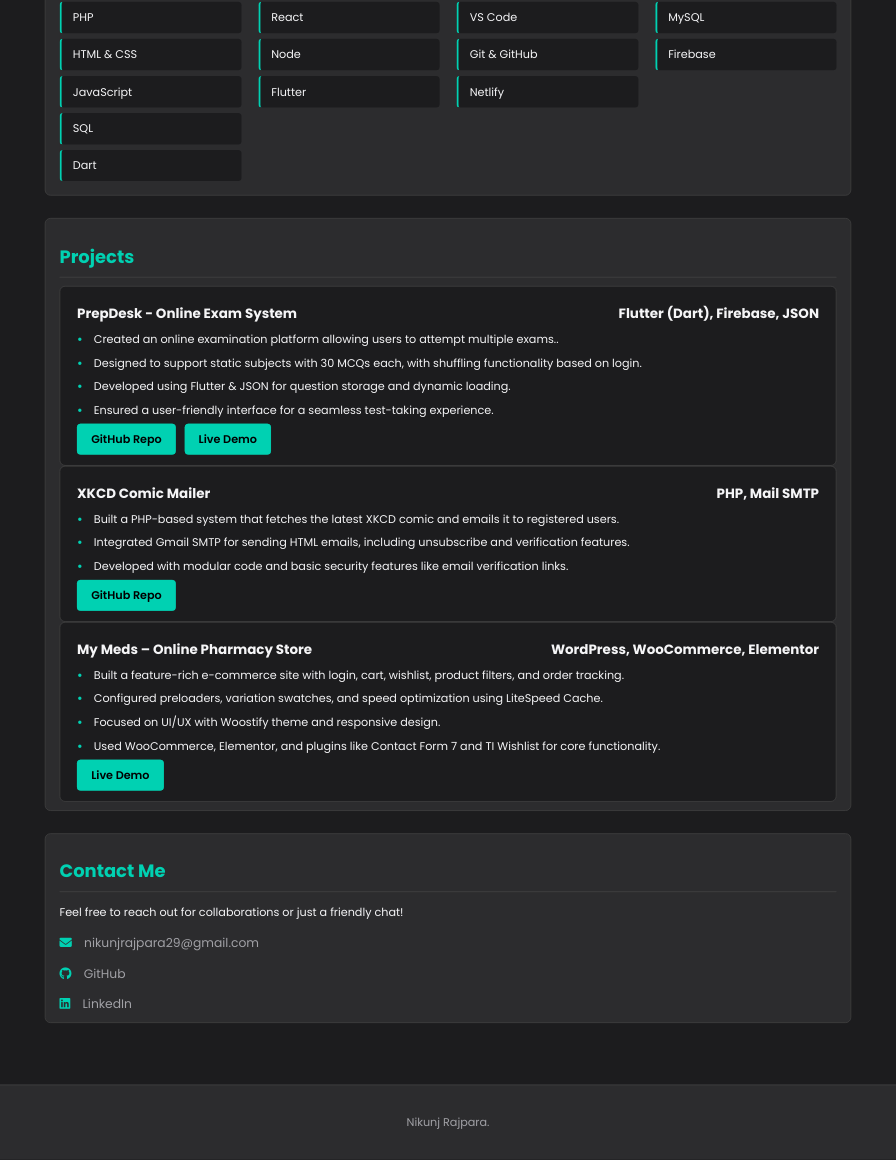
Repository: NikunjRajpara/portfolio
Page: index.html
An editor plug-in stored every save of this project. The page is shown before and after the next save, followed by the edit.
The browser window is 1280 px wide. The pictures show the part of the page from y = 1708 to 3628 px (the page is 3365 px tall before and 3628 px after), at 70% of full size.

Above is the page before, as saved 2025-07-23 11:05:36.

### index.html
<!DOCTYPE html>
<html lang="en">
<head>
    <meta charset="UTF-8">
    <meta name="viewport" content="width=device-width, initial-scale=1.0">
    <title>Nikunj Rajpara | Personal Portfolio</title>
    <link rel="stylesheet" href="style.css">
    <link rel="preconnect" href="https://fonts.googleapis.com">
    <link rel="preconnect" href="https://fonts.gstatic.com" crossorigin>
    <link href="https://fonts.googleapis.com/css2?family=Poppins:wght@300;400;600;700&display=swap" rel="stylesheet">
    <link rel="stylesheet" href="https://cdnjs.cloudflare.com/ajax/libs/font-awesome/6.5.1/css/all.min.css">
</head>
<body>

    <!-- Header Section -->
    <header>
        <nav>
            <div class="logo">Nikunj Rajpara</div>
            <ul class="nav-links">
  <li><a href="#about">About</a></li>
  <li><a href="#education">Education</a></li>
  <li><a href="#experience">Experience</a></li>
  <li><a href="#skills">Skills</a></li>
  <li><a href="#projects">Projects</a></li>
  <li><a href="#certifications">Certifications</a></li>
  <li><a href="#contact">Contact</a></li>
</ul>

        </nav>
    </header>

    <!-- Main Content -->
    <main>
        <!-- Hero Section -->
        <section id="hero">
            <div class="hero-content">
                <img src="https://github.com/user-attachments/assets/263757a8-381b-4890-8bf0-0c66ba8d1ebf" alt="Profile Picture of Nikunj Rajpara" class="profile-img">
                <div class="hero-text">
                    <h1>MERN Stack Developer</h1>
                    <p>A passionate developer focused on building secure, scalable, and modern web applications.</p>
                </div>
            </div>
        </section>

        <!-- About Section -->
        <section id="about">
            <h2>About Me</h2>
            <div class="About-item">
            <ul class="introduction">
                    <li>I'm a Computer Engineering student at Marwadi University, passionate about exploring how technology works and bringing ideas to life through hands-on experience. With a strong foundation, I am sharpening my skills as a Mern Stack Intern at BrainyBeam Technologies.</li>
                    <li> I thrive on turning ideas into functional, scalable solutions. With hands-on experience and a solid understanding, I am now expanding my horizons into open-source development. I’ve learned the importance of clean code, version control, and team collaboration — all principles I carry into every project.</li>
                    <li> I’m actively seeking internship opportunities in software development and tech-driven roles where I can grow, collaborate, and make an impact.</li>
                    <li>Let’s connect!</li>
                    </div>
        </section>

        <!-- Education Section -->
<section id="education">
  <h2>Education</h2>
  <div class="education-item">
    <h3>Marwadi University, Rajkot</h3>
    <p><strong>Computer Engineering - B. Tech</strong><br>Sept 2023 - May 2026</p>
  </div>
  <div class="education-item">
    <h3>Marwadi University, Rajkot</h3>
    <p><strong>Computer Engineering - Diploma</strong><br>Oct 2020 - May 2023 | CGPA: 8.13</p>
  </div>
</section>

        <!-- Experience Section -->
        <section id="experience">
            <h2>Experience</h2>
            <div class="experience-item">
                <div class="experience-header">
                    <h3>Brainy Beam Technologies | MERN Stack Intern</h3>
                    <span class="experience-location">Ahmedabad, Gujarat | May 2025 – June 2025</span>
                </div>
                <ul class="experience-details">
                    <li>Developed secure authentication and registration flows with real-time validation and structured error handling.</li>
                    <li>Built Core page layouts including routing, profile modules, and dashboard navigation with a clean, scalable architecture.</li>
                    <li>Followed modern web development standards and clean code practices, ensuring maintainability, performance, and security.</li>
                </ul>
            </div>
        </section>

        <!-- Skills Section -->
        <section id="skills">
            <h2>My Skills</h2>
            <div class="skills-container">
                <div class="skill-category">
                    <h3>Programming Languages</h3>
                    <ul>
                        <li>PHP</li>
                        <li>HTML & CSS</li>
                        <li>JavaScript</li>
                        <li>SQL</li>
                        <li>Dart</li>
                    </ul>
                </div>
                <div class="skill-category">
                    <h3>Libraries & Frameworks</h3>
                    <ul>
                        <li>React</li>
                        <li>Node</li>
                        <li>Flutter</li>
                    </ul>
                </div>
                <div class="skill-category">
                    <h3>Tools & Platforms</h3>
                    <ul>
                        <li>VS Code</li>
                        <li>Git & GitHub</li>
                        <li>Netlify</li>
                    </ul>
                </div>
                <div class="skill-category">
                    <h3>Databases</h3>
                    <ul>
                        <li>MySQL</li>
                        <li>Firebase</li>
                    </ul>
                </div>
            </div>
        </section>

        <!-- Projects Section -->
        <section id="projects">
            <h2>Projects</h2>
            <div class="project-card">
                <div class="project-header">
                    <h3>PrepDesk - Online Exam System</h3>
                    <span class="project-tech">Flutter (Dart), Firebase, JSON</span>
                </div>
                <ul class="project-details">
                    <li>Created an online examination platform allowing users to attempt multiple exams..</li>
                    <li>Designed to support static subjects with 30 MCQs each, with shuffling functionality based on login.</li>
                    <li>Developed using Flutter & JSON for question storage and dynamic loading.</li>
                    <li>Ensured a user-friendly interface for a seamless test-taking experience.</li>
                <div class="project-links">
                    <a href="https://github.com/NikunjRajpara/prepdesk" class="btn-link">GitHub Repo</a>
                    <a href="https://prepdeskexam.netlify.app/" class="btn-link">Live Demo</a>
                </div>
            </div>

            <div class="project-card">
  <div class="project-header">
    <h3>XKCD Comic Mailer</h3>
    <span class="project-tech">PHP, Mail SMTP</span>
  </div>
  <ul class="project-details">
    <li>Built a PHP-based system that fetches the latest XKCD comic and emails it to registered users.</li>
    <li>Integrated Gmail SMTP for sending HTML emails, including unsubscribe and verification features.</li>
    <li>Developed with modular code and basic security features like email verification links.</li>
  </ul>
  <div class="project-links">
    <a href="https://github.com/NikunjRajpara/XKCD-Comic" class="btn-link">GitHub Repo</a>
  </div>
</div>

<div class="project-card">
  <div class="project-header">
    <h3>My Meds – Online Pharmacy Store</h3>
    <span class="project-tech">WordPress, WooCommerce, Elementor</span>
  </div>
  <ul class="project-details">
    <li>Built a feature-rich e-commerce site with login, cart, wishlist, product filters, and order tracking.</li>
    <li>Configured preloaders, variation swatches, and speed optimization using LiteSpeed Cache.</li>
    <li>Focused on UI/UX with Woostify theme and responsive design.</li>
    <li>Used WooCommerce, Elementor, and plugins like Contact Form 7 and TI Wishlist for core functionality.</li>
  </ul>
  <div class="project-links">
    <a href="https://mymeds.42web.io/" class="btn-link">Live Demo</a>
  </div>
</div>

        </section>

        <!-- Contact Section -->
        <aside id="contact">
            <h2>Contact Me</h2>
            <p>Feel free to reach out for collaborations or just a friendly chat!</p>
            <div class="contact-links">
                <a href="mailto:nikunjrajpara29@gmail.com"><i class="fas fa-envelope"></i> nikunjrajpara29@gmail.com</a>
                <a href="https://github.com/NikunjRajpara"><i class="fab fa-github"></i> GitHub</a>
                <a href="https://www.linkedin.com/in/nikunj-rajpara-4628a0247/"><i class="fab fa-linkedin"></i> LinkedIn</a>
            </div>
        </aside>
    </main>

    <!-- Footer -->
    <footer>
        <p>Nikunj Rajpara.</p>
    </footer>

</body>
</html>

### style.css
/* CSS Variables for easy color changes */
:root {
    --primary-neon: #00d1b2; /* A vibrant, modern teal/neon color */
    --background-dark: #1c1c1e;
    --content-dark: #2c2c2e;
    --text-light: #f5f5f7;
    --text-muted: #a1a1a6;
    --border-color: #444;
}

/* FIX: This tells the browser to leave 80px of space at the top when scrolling to an element */
html {
    scroll-behavior: smooth;
    scroll-padding-top: 80px;
}

/* General Body Styles */
body {
    font-family: 'Poppins', sans-serif;
    margin: 0;
    padding: 0;
    background-color: var(--background-dark);
    color: var(--text-light);
    line-height: 1.6;
}

/* Header and Navigation */
header {
    background-color: var(--content-dark);
    box-shadow: 0 2px 4px rgba(0,0,0,0.3);
    padding: 1rem 5%;
    position: sticky;
    top: 0;
    z-index: 1000;
}

nav {
    display: flex;
    justify-content: space-between;
    align-items: center;
}

.logo {
    font-size: 1.5rem;
    font-weight: 700;
    color: var(--primary-neon);
    text-shadow: 0 0 5px rgba(0, 209, 178, 0.7);
}

.nav-links {
    list-style: none;
    display: flex;
    gap: 1.5rem;
    margin: 0;
    padding: 0;
}

.nav-links a {
    text-decoration: none;
    color: var(--text-muted);
    font-weight: 600;
    transition: color 0.3s ease, text-shadow 0.3s ease;
}

.nav-links a:hover {
    color: var(--primary-neon);
    text-shadow: 0 0 3px rgba(0, 209, 178, 0.5);
}

/* Main Content and Sections */
main {
    padding: 1.5rem 5%;
}

section, aside {
    margin-bottom: 2rem;
    padding: 0.75rem 1.25rem; /* Reduced top and bottom padding */
    background-color: var(--content-dark);
    border-radius: 8px;
    border: 1px solid var(--border-color);
}

h1, h2, h3 {
    color: var(--text-light);
}

h1 {
    font-size: 2.5rem;
    margin-bottom: 0.5rem;
}

h2 {
    font-size: 1.6rem;
    color: var(--primary-neon);
    margin-bottom: 0.8rem;
    border-bottom: 1px solid var(--border-color);
    padding-bottom: 0.5rem;
}

/* Hero Section */
#hero {
    background: none;
    border: none;
    text-align: center;
    padding-top: 1rem;
}

.hero-content {
    display: flex;
    flex-direction: column;
    align-items: center;
    gap: 0.5rem; /* Reduced gap */
}

.profile-img {
    width: 150px;
    height: 150px;
    border-radius: 50%;
    border: 4px solid var(--primary-neon);
    box-shadow: 0 0 25px rgba(0, 209, 178, 0.5);
}

.hero-text h1 {
    color: var(--text-light);
    font-weight: 700;
    margin: 0; /* Removed all margins */
    line-height: 1.2; /* Tightened line height */
}

.hero-text p {
    font-size: 1.1rem;
    color: var(--text-muted);
    font-weight: 300;
    margin: 0; /* Removed all margins */
}

.introduction {
    list-style: none;
    padding-left: 0;
    margin: 0;
}
.About-item {
    background: var(--background-dark);
    padding: 1.5rem;
    border-radius: 8px;
    border: 1px solid var(--border-color);
}
.introduction{
    padding-left: 1.5rem;
    position: relative;
    margin-bottom: 0.5rem;
}

.introduction li::before {
    content: '•';
    color: var(--primary-neon);
    font-weight: bold;
    display: inline-block;
    position: absolute;
    left: 0;
}

/* Experience Section */
.experience-item {
    background: var(--background-dark);
    padding: 1.5rem;
    border-radius: 8px;
    border: 1px solid var(--border-color);
}

.experience-header {
    display: flex;
    justify-content: space-between;
    align-items: baseline;
    margin-bottom: 1rem;
}

.experience-header h3 {
    margin: 0;
    font-size: 1.2rem;
    font-weight: 700;
    color: var(--text-light);
}

.experience-location {
    font-size: 1.2rem;
    color: var(--text-light);
    font-style: normal;
    font-weight: 700;
    white-space: nowrap;
    padding-left: 1rem;
}

.experience-details {
    list-style: none;
    padding-left: 0;
    margin: 0;
}

.experience-details li {
    padding-left: 1.5rem;
    position: relative;
    margin-bottom: 0.5rem;
}

.experience-details li::before {
    content: '•';
    color: var(--primary-neon);
    font-weight: bold;
    display: inline-block;
    position: absolute;
    left: 0;
}

/* Skills Section */
.skills-container {
    display: grid;
    grid-template-columns: repeat(auto-fit, minmax(220px, 1fr));
    gap: 1.5rem;
}

.skill-category h3 {
    color: var(--primary-neon);
    font-size: 1.2rem;
    margin-bottom: 1rem;
}

.skill-category ul {
    list-style: none;
    padding: 0;
    margin: 0;
}

.skill-category li {
    background-color: var(--background-dark);
    padding: 0.6rem 1rem;
    margin-bottom: 0.5rem;
    border-radius: 5px;
    border-left: 3px solid var(--primary-neon);
    transition: transform 0.2s ease, box-shadow 0.2s ease;
}

.skill-category li:hover {
    transform: translateX(5px);
    box-shadow: 0 0 10px rgba(0, 209, 178, 0.3);
}


/* Projects Section */
.project-card {
    background: var(--background-dark);
    padding: 1.5rem;
    border-radius: 8px;
    border: 1px solid var(--border-color);
}

.project-header {
    display: flex;
    justify-content: space-between;
    align-items: baseline;
    margin-bottom: 0.5rem;
}

.project-header h3 {
    margin: 0;
    font-size: 1.2rem;
    font-weight: 700;
}

.project-tech {
    font-size: 1.2rem;
    color: var(--text-light);
    font-style: normal;
    font-weight: 700;
    white-space: nowrap;
    padding-left: 1rem;
}

.project-details {
    list-style: none;
    padding-left: 0;
    margin: 0;
}

.project-details li {
    padding-left: 1.5rem;
    position: relative;
    margin-bottom: 0.5rem;
}

.project-details li::before {
    content: '•';
    color: var(--primary-neon);
    font-weight: bold;
    display: inline-block;
    position: absolute;
    left: 0;
}

.project-links {
    margin-top: 1rem;
}

.btn-link {
    text-decoration: none;
    background-color: var(--primary-neon);
    color: #000;
    padding: 0.6rem 1.2rem;
    border-radius: 5px;
    font-weight: 600;
    transition: background-color 0.3s ease, box-shadow 0.3s ease;
    margin-right: 0.5rem;
    border: 1px solid var(--primary-neon);
}

.btn-link:hover {
    background-color: transparent;
    color: var(--primary-neon);
    box-shadow: 0 0 15px rgba(0, 209, 178, 0.6);
}

/* Contact Section */
#contact .contact-links {
    display: flex;
    flex-direction: column;
    gap: 1rem;
}

#contact .contact-links a {
    text-decoration: none;
    color: var(--text-muted);
    font-size: 1.1rem;
    transition: color 0.3s ease;
}

#contact .contact-links a:hover {
    color: var(--primary-neon);
}

#contact .contact-links i {
    margin-right: 0.8rem;
    color: var(--primary-neon);
}

/* Footer */
footer {
    text-align: center;
    padding: 1.5rem 5%;
    background-color: var(--content-dark);
    color: var(--text-muted);
    margin-top: 2rem;
    border-top: 1px solid var(--border-color);
}

/* Responsive Design */
@media (max-width: 768px) {
    nav {
        flex-direction: column;
        gap: 1rem;
    }

    .nav-links {
        flex-wrap: wrap;
        justify-content: center;
        gap: 0.5rem 1rem;
    }

    h1 {
        font-size: 2rem;
    }

    h2 {
        font-size: 1.5rem; /* Adjusted for mobile */
    }

    main {
        padding: 1.5rem 3%;
    }

    .skills-container {
        grid-template-columns: 1fr;
    }

    .experience-header,
    .project-header {
       flex-direction: column;
       align-items: flex-start;
       gap: 0.25rem;
    }
}

After the next save:
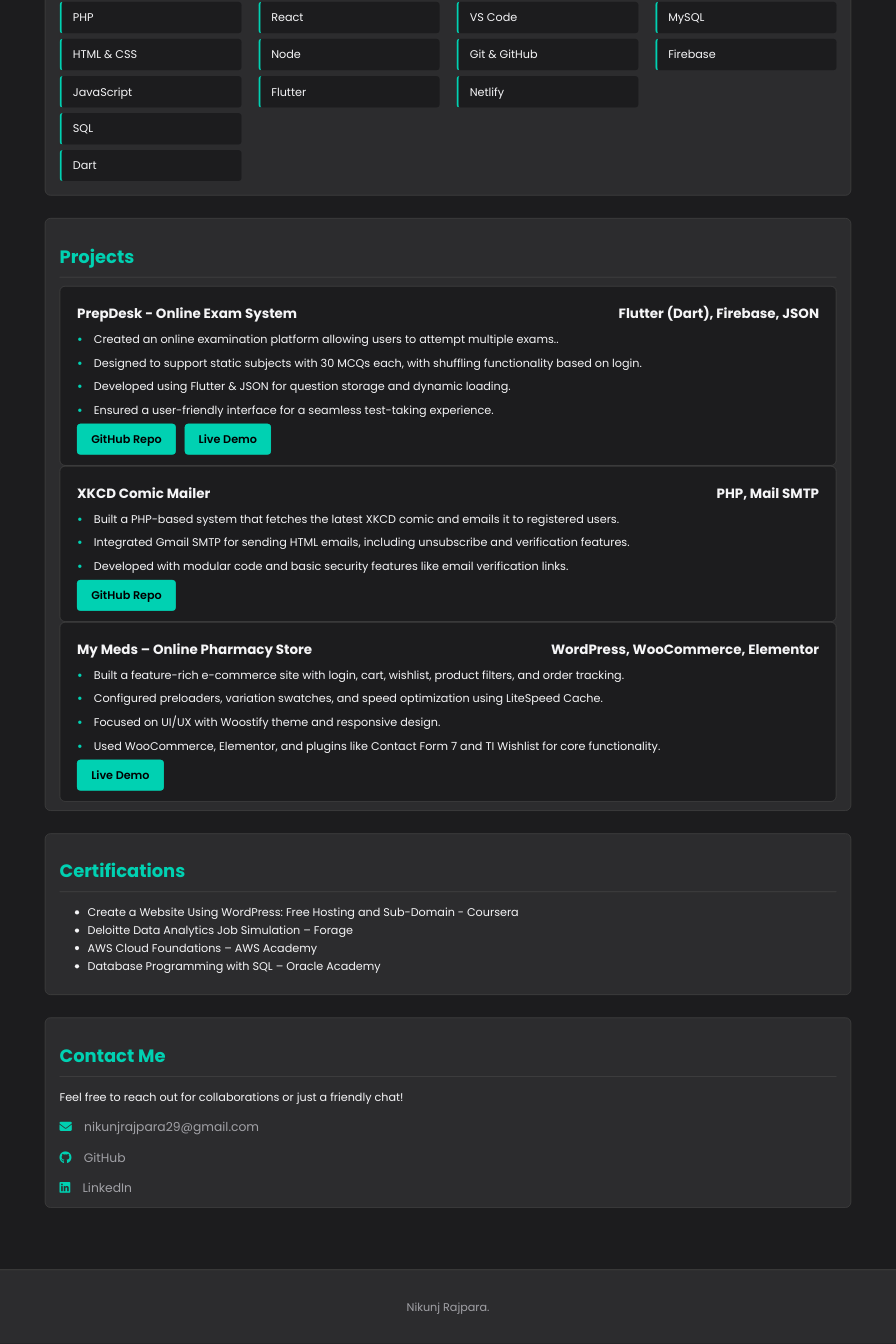
Saved 36 s later.
--- a/index.html
+++ b/index.html
@@ -175,6 +175,18 @@
 
         </section>
 
+        <!-- Certifications Section -->
+<section id="certifications">
+  <h2>Certifications</h2>
+  <ul class="certifications-list">
+    <li>Create a Website Using WordPress: Free Hosting and Sub-Domain - Coursera</li>
+    <li>Deloitte Data Analytics Job Simulation – Forage</li>
+    <li>AWS Cloud Foundations – AWS Academy</li>
+    <li>Database Programming with SQL – Oracle Academy</li>
+  </ul>
+</section>
+
+
         <!-- Contact Section -->
         <aside id="contact">
             <h2>Contact Me</h2>
